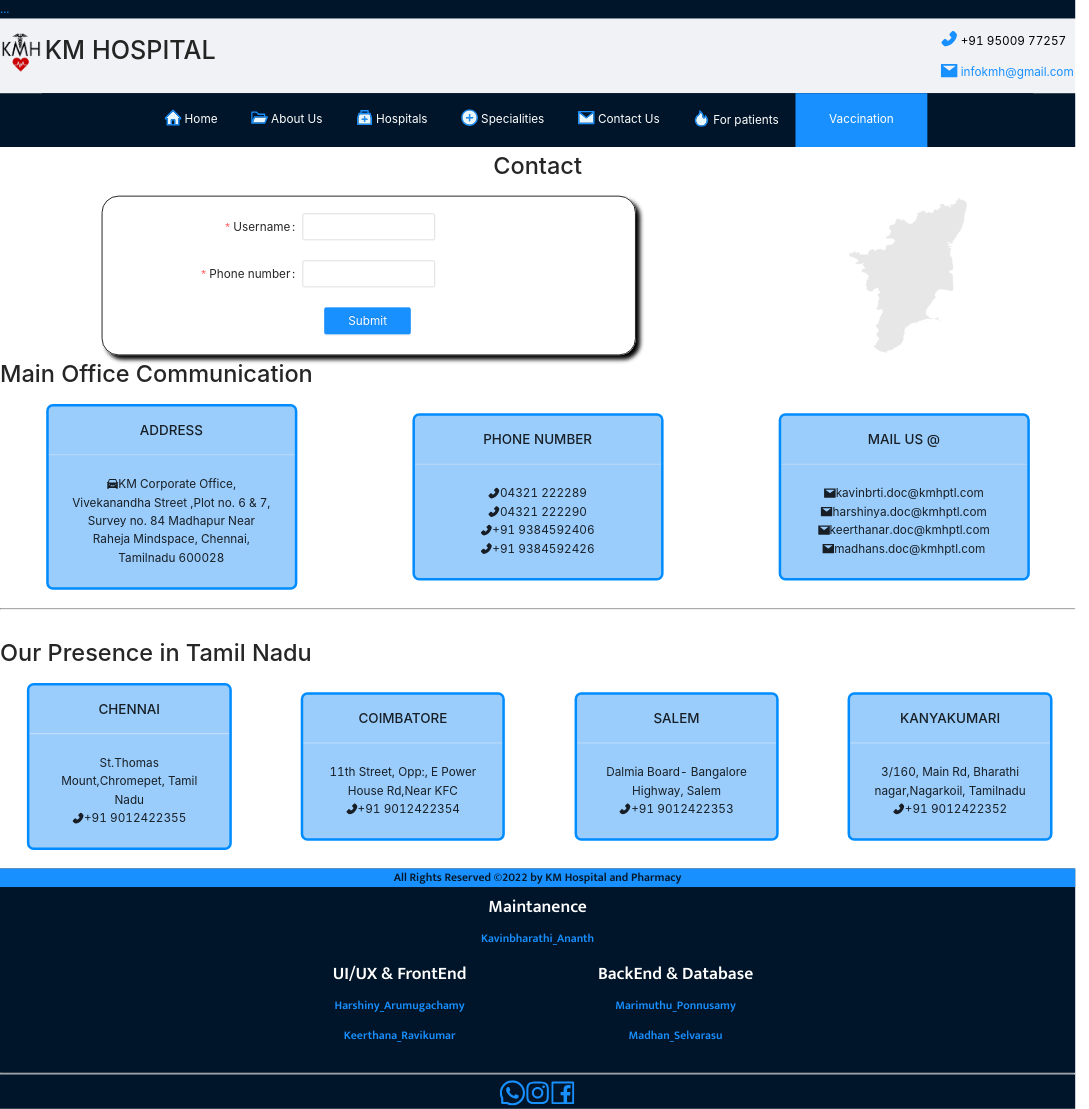
Repository: marimuthu1001/KHM-hospital
Page: /contactus (app in km-hospital/)
These files come from the project's save history. The page is drawn as it stood at one moment and after the next save; the edit follows.
The browser window is 1280 px wide. The page is 1297 px wide, so the pictures cover 1297 px, including what lies to the right of the window. The pictures show the whole page, at 84% of full size.
The project was rebuilt for these pictures with package versions that can differ from the ones it lists, and the page was loaded fresh each time. Also part of the build but not shown: km-hospital/src/Pages/Feedback.jsx.

Above is the page before, as saved 2022-01-25 08:57:28.

### km-hospital/public/index.html
<!DOCTYPE html>
<html lang="en">
  <head>
    <meta charset="utf-8" />
    <link rel="icon" href="%PUBLIC_URL%/favicon.ico" />
    <meta name="viewport" content="width=device-width, initial-scale=1" />
    <meta name="theme-color" content="#000000" />
    <meta
      name="description"
      content="Web site created using create-react-app"
    />
    <link rel="apple-touch-icon" href="%PUBLIC_URL%/logo192.png" />
    <!--
      manifest.json provides metadata used when your web app is installed on a
      user's mobile device or desktop. See https://developers.google.com/web/fundamentals/web-app-manifest/
    -->
    <link rel="manifest" href="%PUBLIC_URL%/manifest.json" />
    <!--
      Notice the use of %PUBLIC_URL% in the tags above.
      It will be replaced with the URL of the `public` folder during the build.
      Only files inside the `public` folder can be referenced from the HTML.

      Unlike "/favicon.ico" or "favicon.ico", "%PUBLIC_URL%/favicon.ico" will
      work correctly both with client-side routing and a non-root public URL.
      Learn how to configure a non-root public URL by running `npm run build`.
    -->
    <title>KM HOSPITAL | HOME</title>
  </head>
  <body>
    <noscript>You need to enable JavaScript to run this app.</noscript>
    <div id="root"></div>
    <!--
      This HTML file is a template.
      If you open it directly in the browser, you will see an empty page.

      You can add webfonts, meta tags, or analytics to this file.
      The build step will place the bundled scripts into the <body> tag.

      To begin the development, run `npm start` or `yarn start`.
      To create a production bundle, use `npm run build` or `yarn build`.
    -->
  </body>
</html>

### km-hospital/src/index.js
import React from 'react';
import ReactDOM from 'react-dom';
import 'antd/dist/antd.min.css'
import './index.css'
import App from './App';


ReactDOM.render(
  <React.StrictMode>
    <App />
  </React.StrictMode>,
  document.getElementById('root')
);

### km-hospital/src/index.css
@import '~antd/dist/antd.css';

.ant-menu:not(.ant-menu-horizontal) .ant-menu-item-selected {
	background: transparent;
}

.ant-menu{
    background: red;
    }

### km-hospital/src/App.js
import Nav from  './components/Nav'
import Footer from './components/Footer'
import ContactUs from './Pages/ContactUs'
import {BrowserRouter as Router, Route,Routes} from 'react-router-dom'

import Feedback from './Pages/Feedback'

function App() {
  return (
    <Router>
        <div className="App">
          <Nav/>
          <Routes>
            <Route exact path="/contactus" element={<ContactUs/>}/>
            <Route exact path="/feedback" element={<Feedback/>}/>
          </Routes>

          <Footer/>
        </div>
    </Router>

  );
}

export default App;

### km-hospital/src/components/Nav.jsx
import React from 'react'

import Styles from '../Styles/Nav.module.css'
import { Layout, Menu, Dropdown,Row,Col } from 'antd';
import { UserOutlined, LaptopOutlined, NotificationOutlined } from '@ant-design/icons';
import Logo from '../Images/Logo.png'

import {HomeTwoTone,
    FolderOpenTwoTone,
    MedicineBoxTwoTone,
    PlusCircleTwoTone,
    FireTwoTone ,
    MailTwoTone,
    PhoneFilled,
    MailFilled,

    } from '@ant-design/icons'

function Nav() {
  const menu = (
    <Menu>

            <Menu.Item key="1">Covid Dose</Menu.Item>
            <Menu.Item key="2">Covid Booster</Menu.Item>
            <Menu.Item key="3">Polio Vaccine</Menu.Item>
            <Menu.Item key="4">Chicken pox Vaccine</Menu.Item>
      </Menu>
  )
const patients = (
  <Menu>
          <Menu.Item key="1">Health Checkup Package</Menu.Item>
          <Menu.Item key="2">Medicines</Menu.Item>
          <Menu.Item key="3">Symptoms</Menu.Item>
          <Menu.Item key="4">Procedurs</Menu.Item>
          <Menu.Item key="5">BMI Calculator</Menu.Item>
    </Menu>

  )

  const { Header} = Layout;
    return (

      <Layout>
        <p className={Styles.line}>...</p>
        <div className={Styles.head} >
            <Row gutters={[16,16]}>
              <Col md={{span:2}} lg={{span:1}}>
              <div className="logo">
              <img src={Logo} alt="Logo" widht={50} height={50}/>
            </div>
              </Col>
              <Col md={{span:6}} lg={{span:4}}>
              <h1>KM HOSPITAL</h1>
              </Col>
              <Col md={{span:8}} lg={{span:16}}></Col>
              <Col md={{span:5}} lg={{span:3}}>
              <div className={Styles.contactHead}>
                <p style={{color:'black'}}><PhoneFilled  style= {{ fontSize: '20px',color: '#1890ff'  }} />&nbsp;+91 95009 77257</p>
                <p><a href="mailto:infokmh@gmail.com"><MailFilled style= {{ fontSize: '20px',color: '#1890ff'  }} />&nbsp;infokmh@gmail.com</a></p>
               </div>
              </Col>
            </Row>
        </div>



      <Header className="header">
      <div className="menubar">
        <Menu style={{
            position: 'relative',
            display: 'flex',
            justifyContent: 'center',

        }} theme="dark" mode="horizontal" defaultSelectedKeys={['1']}>
     <a href="/">
          <Menu.Item key="7"><HomeTwoTone style={{fontSize:20}}/>&nbsp;Home</Menu.Item>
     </a>
     <a href="">
          <Menu.Item key="2"><FolderOpenTwoTone style={{fontSize:20}}/>&nbsp;About Us</Menu.Item>
     </a>
     <a href="">
          <Menu.Item key="3"><MedicineBoxTwoTone style={{fontSize:20}}/>&nbsp;Hospitals</Menu.Item>
     </a>
     <a href="">
          <Menu.Item key="4"><PlusCircleTwoTone style={{fontSize:20}}/>&nbsp;Specialities</Menu.Item>
     </a>
     <a href="/contactus">
          <Menu.Item  key="6"> <MailTwoTone style={{fontSize:20}}/>&nbsp;Contact Us</Menu.Item>
     </a>
          <Dropdown  overlay={patients} placement="topCenter">
              <Menu.Item key="5"><FireTwoTone style={{fontSize:20}}/>&nbsp;For patients</Menu.Item>
          </Dropdown>

          <Menu.Item key="1">
          <Dropdown  overlay={menu} placement="topCenter">
                    <Menu.Item>Vaccination</Menu.Item>
          </Dropdown>
          </Menu.Item>


        </Menu>  </div>
      </Header>


        </Layout>


    )
}

export default Nav

### km-hospital/src/components/Footer.jsx
import React from 'react'
import Styles from '../Styles/Footer.module.css'
import { Row, Col } from 'antd';
import {WhatsAppOutlined,
    InstagramOutlined,
    FacebookOutlined} from '@ant-design/icons'
function Footer() {
    return (
        <div  >
            <div className={Styles.footer}>


                <div className={Styles.footerContent}>
                    <div sm={1}  md={6} lg={8}  className={Styles.footerTitle}>
                        <h4>All Rights Reserved &copy;2022 by KM Hospital and Pharmacy</h4>
                    </div>


                <div className={Styles.maintain}>
                    <h2>Maintanence</h2>
                    <p>Kavinbharathi_Ananth</p>
                </div>

                <Row className={Styles.design} gutter={[34, 18]}>
                <Col xs={24} md={6}/>
                    <Col xs={24} md={6}>
                        <div>
                            <h2 className={Styles.headDecoration}>UI/UX & FrontEnd</h2>
                            <div className={Styles.decoration}>
                                <p>Harshiny_Arumugachamy</p>
                                <p>Keerthana_Ravikumar</p>
                            </div>
                        </div>
                    </Col>
                    <Col xs={24} md={6}>
                        <div>
                        <h2 className={Styles.headDecoration}>BackEnd & Database</h2>
                            <div className={Styles.decoration}>
                                <p>Marimuthu_Ponnusamy</p>
                                <p>Madhan_Selvarasu</p>
                            </div>
                        </div>
                    </Col>
                    <Col xs={24} md={6}/>
                        <Col sm={{ span: 5, offset: 0 }} md={{ span: 5, offset: 0 }} lg={{ span: 6, offset:0  }}> </Col>
                </Row>


<hr/>


                <Row  className={Styles.social}>
                    <Col sm={{span:2}} md={{span:8}} lg={{span:8}}><WhatsAppOutlined style={{fontSize: '30px' }} /></Col>
                    <Col sm={{span:2}} md={{span:8}} lg={{span:8}}><InstagramOutlined style={{fontSize: '30px' }} /></Col>
                    <Col sm={{span:2}} md={{span:8}} lg={{span:8}}><FacebookOutlined style={{fontSize: '30px' }} /></Col>
                </Row>
            </div>
        </div>
        </div>
    )
}

export default Footer

### km-hospital/src/Pages/ContactUs.jsx
import React from 'react'
import Styles from '../Styles/ContactUs.module.css'
import { Card, Col, Row,Form, Input, Button  } from 'antd';
import {CarFilled ,PhoneFilled,MailFilled} from '@ant-design/icons'
import TamilNadu from '../Images/TN image.png'
function ContactUs() {
    const onFinish = (values) => {
        console.log('Success:', values);
      };

      const onFinishFailed = (errorInfo) => {
        console.log('Failed:', errorInfo);
      };

    return (
        <div>
            <div className={Styles.title}>
                <h1>Contact</h1>
            </div>


<Row justify="space-around" align="middle" gutter={8}>
        <Col span={12}>
        <Form className={Styles.form}
                    name="basic"
                    labelCol={{
                        span: 9,
                    }}
                    wrapperCol={{
                        span: 6,
                    }}
                    initialValues={{
                        remember: true,
                    }}
                    onFinish={onFinish}
                    onFinishFailed={onFinishFailed}
                    autoComplete="off"
                    >
                    <Form.Item
                        label="Username"
                        name="username"
                        rules={[
                        {
                            required: true,
                            message: 'Please input your username!',
                        },
                        ]}
                    >
                        <Input />
                    </Form.Item>

                    <Form.Item
                        label="Phone number"
                        name="mob_num"
                        rules={[
                        {
                            required: true,
                            message: 'Please input your Number!',
                        },
                        ]}
                    >
                        <Input />
                    </Form.Item>

                    <Form.Item
                        align="middle"
                        wrapperCol={{
                            span: 14, offset: 10
                        }}
                    >
                        <Button  className={Styles.btn} type="primary" htmlType="submit">
                        Submit
                        </Button>
                    </Form.Item>


                    </Form>



        </Col>
        <Col span={3}>
        <img  src={TamilNadu} alt="TN image" width={150} height={190} />
        </Col>
</Row>



    <h1>Main Office Communication</h1>
            <div className={Styles.contact}>
                <div className="site-card-wrapper">
                    <Row justify="space-around" align="middle" gutter={28}>
                        {/* <Col sm={{span:2}} md={{span:5}}  lg={{span:4}}></Col> */}
                        <Col  sm={{span:1}} md={{span:5}}  lg={{span:6}} >
                            <Card className={Styles.card} title="ADDRESS" bordered={true} hoverable={true}>
                            <CarFilled />
                            KM Corporate Office,<br/>
Vivekanandha Street ,Plot no. 6 & 7, Survey no. 84 Madhapur Near Raheja Mindspace, Chennai, Tamilnadu 600028
                            </Card>
                        </Col>
                        <Col sm={{span:1}} md={{span:5}} lg={{span:6}} >
                            <Card className={Styles.card} title="PHONE NUMBER" bordered={true} hoverable={true}>
                            <PhoneFilled />04321 222289<br/>
                            <PhoneFilled />04321 222290<br/>
                            <PhoneFilled />+91 9384592406<br/>
                            <PhoneFilled />+91 9384592426<br/>
                            </Card>
                        </Col>
                        <Col sm={{span:1}} md={{span:5}} lg={{span:6}}>
                            <Card className={Styles.card} title="MAIL US @" bordered={true} hoverable={true}>
                            <MailFilled />kavinbrti.doc@kmhptl.com<br/>
                            <MailFilled />harshinya.doc@kmhptl.com<br/>
                            <MailFilled />keerthanar.doc@kmhptl.com<br/>
                            <MailFilled />madhans.doc@kmhptl.com<br/>
                            </Card>
                        </Col>
                        {/* <Col sm={{span:3}} md={{span:5}}  lg={{span:4}}></Col> */}
                    </Row>
                   <br/> <hr/><br/>
                </div>
            </div>


            <h1>Our Presence in Tamil Nadu</h1>
            <div className="site-card-wrapper">
                    <Row className={Styles.locations} justify="space-around" align="middle" gutter={28}>
                        {/* <Col sm={{span:2}} md={{span:5}}  lg={{span:4}}></Col> */}
                        <Col  sm={{span:1}} md={{span:5}}  lg={{span:5}} >
                            <Card className={Styles.card} title="CHENNAI" bordered={true} hoverable={true}>
                            St.Thomas Mount,Chromepet, Tamil Nadu <br/> <PhoneFilled />+91 9012422355
                            </Card>
                        </Col>
                        <Col sm={{span:1}} md={{span:5}} lg={{span:5}} >
                            <Card  className={Styles.card} title="COIMBATORE" bordered={true} hoverable={true}>
                           11th Street, Opp:, E Power House Rd,Near KFC <br/> <PhoneFilled />+91 9012422354
                            </Card>
                        </Col>
                        <Col sm={{span:1}} md={{span:5}} lg={{span:5}}>
                            <Card className={Styles.card} title="SALEM" bordered={true} hoverable={true}>
                           Dalmia Board- Bangalore Highway, Salem  <br/> <PhoneFilled />+91 9012422353
                            </Card>
                        </Col>
                        <Col sm={{span:1}} md={{span:5}} lg={{span:5}}>
                            <Card className={Styles.card} title="KANYAKUMARI" bordered={true} hoverable={true}>
                             3/160, Main Rd, Bharathi nagar,Nagarkoil, Tamilnadu  <br/> <PhoneFilled />+91 9012422352
                            </Card>
                        </Col>
                        {/* <Col sm={{span:3}} md={{span:5}}  lg={{span:4}}></Col> */}
                    </Row>
              <br/>
                </div>
        </div>
    )
}

export default ContactUs

### km-hospital/src/Styles/Nav.module.css
*{
    margin-top:0px;
}
.line{
    background-color:#001529;
    color:#1890ff;
}
.head h1{
    font-size: 30px;
}
.menubar .Menu.item{
    margin-left:20%;
}
a{
    text-decoration: none;
}
a:hover{
    background-color:#1890ff;
}

### km-hospital/src/Styles/Footer.module.css
@import url('https://fonts.googleapis.com/css2?family=Mukta:wght@600&display=swap');
.footer{
    background-color:#001529;
    font-family: 'Mukta', sans-serif;
    color:#1890ff;
    position:relative;
    text-align:center
}
.footer h2{
    color:#ffffff
}
.footer .footerTitle{
    color:rgb(255, 255, 255);
    background-color:#1890ff
}
.footer .social{
    text-align:center;
    display:inline-flex;
}
.social li{
    list-style-type: none;
}
.decoration{
    list-style-type:none;
    text-align:center
}
.headDecoration{
    text-align:center
}

### km-hospital/src/Styles/ContactUs.module.css
.title{
    text-align:center;
}
.card{
    border:3px solid #008cff;
    border-radius:8px;
    text-align: center;
    background-color:#9bcdfc;
}
.card:hover{
    border:3px solid #1890ff;
    box-shadow: 8px 8px 8px #9bcdfc ;
}
.locations{

    padding-left:5px;
}
.btn{
    width:28%;
}
.form{
    border-radius:20px;
    border:1px solid #000;
    box-shadow:5px 5px 5px rgb(0, 0, 0);
    padding-top:20px;
}

After the next save:
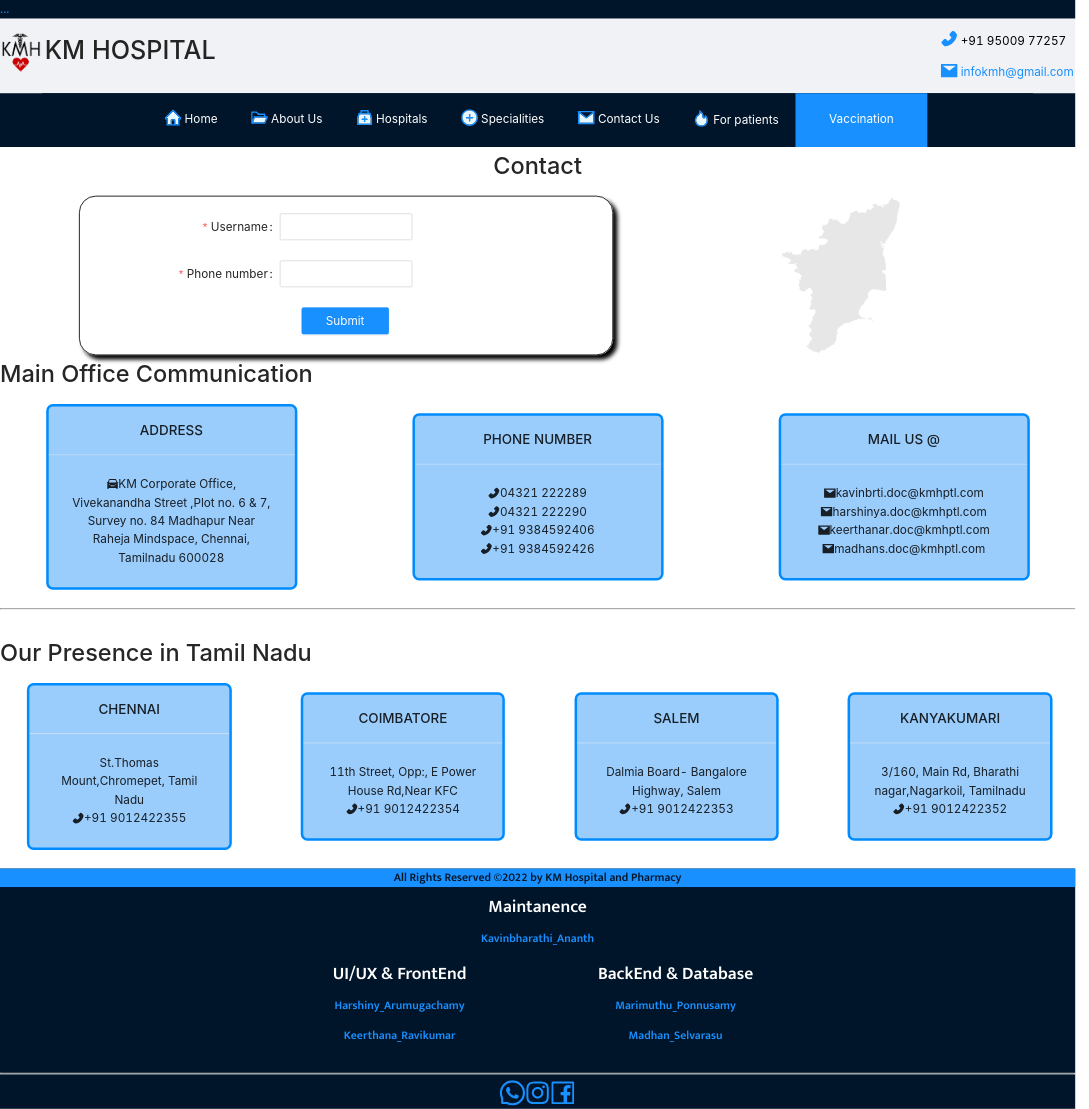
Saved 6 s later.
--- a/km-hospital/src/Pages/ContactUs.jsx
+++ b/km-hospital/src/Pages/ContactUs.jsx
@@ -79,7 +79,7 @@ function ContactUs() {
 
 
         </Col>
-        <Col span={3}>
+        <Col span={5}>
         <img  src={TamilNadu} alt="TN image" width={150} height={190} />
         </Col>
 </Row>
